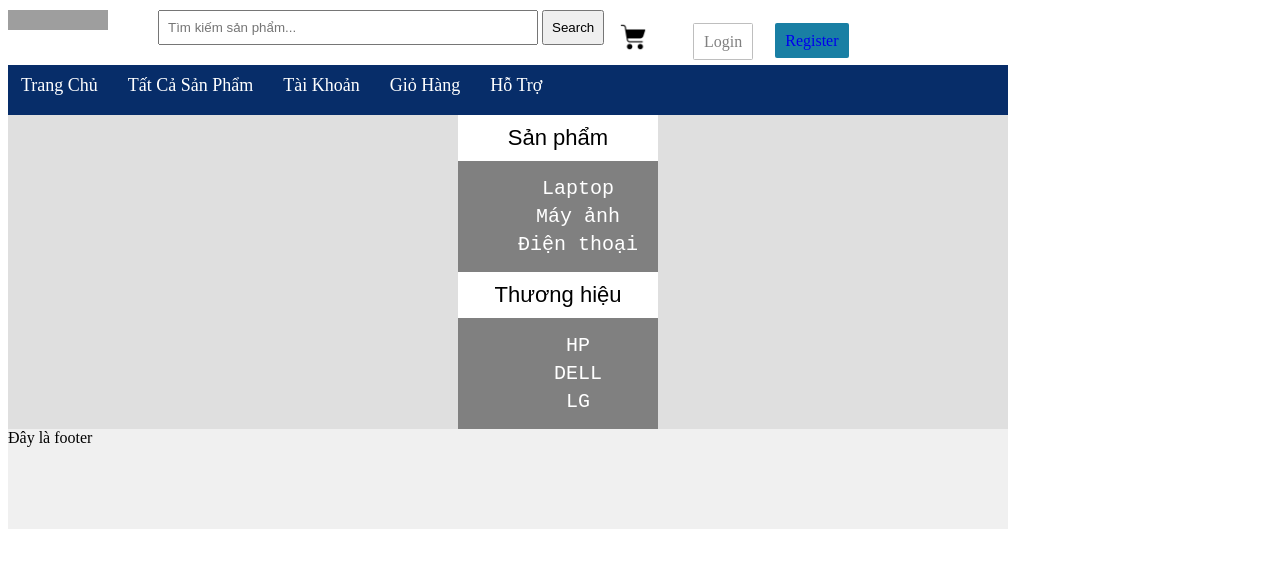
Repository: minhkhuyen1711/hpt
Page: http://localhost/website-ecommerce-php-master/index.php?action=login
The author's editor kept a copy of each file at every save. The page is drawn from the files as they stood at one save, then again after the next save.
The browser window is 1280 px wide. The pictures show the whole page.
Pictures or frames that could not be fetched are drawn as grey boxes. The page is run by PHP 8.4 with error messages shown; the project is at /var/www/html/.

Above is the page before, as saved 2021-06-11 17:55:54.

### index.php
<!DOCTYPE html>
<html lang="en" dir="ltr">
  <head>
    <meta charset="utf-8">
    <title>Online Shopping</title>
    <link rel="stylesheet" href="styles/style.css" media="all">
  </head>
  <body>
    <!-- Main container bắt đầu từ đây -->
    <div class="main_wrapper">
     <div class="header_wrapper">
      <div class="header_logo">
         <a href="index.php">
         <img id="logo" src="images/metrixcode100x30.png" width="100px" height="20px">
         </a>
      </div><!--/.header_logo-->
      <div id="form">
      <form method="get" action="results.php" enctype="multipart/form-data">
      <input type="text" name="user_query" placeholder="Tìm kiếm sản phẩm...">
      <input type="submit" name="search" value="Search">
      </form>
      </div>

      <div class="cart">
        <ul>
          <li class="dropdown_header_cart">
            <div id="notification_total_art" class="shopping_cart">
              <img src="images/cart_icon.png" id="cart_image">
            </div>
          </li>
        </ul>
      </div>

      <div class="register_login">
        <div class="login">
          <a href="index.php?action=login">Login</a></div>
          <div class="register"><a href="custommer_register.php">Register</a></div>
      </div>

    </div> <!--/.header_wrapper-->
    <div class="menu_bar">
      <ul id="menu">
        <li><a href="index.php">Trang Chủ</a></li>
        <li><a href="all_product.php">Tất Cả Sản Phẩm</a></li>
        <li><a href="customer/my account.php">Tài Khoản</a></li>
        <li><a href="cart.php">Giỏ Hàng</a></li>
        <li><a href="contact.php">Hỗ Trợ</a></li>
      </ul>
    </div>
      <div class="content_wrapper">
        <div id="sidebar">
          <div id="sidebar_title">Sản phẩm</div>
          <ul id="cats">
            <li><a href="index.php">Laptop</a></li>
            <li><a href="index.php">Máy ảnh</a></li>
            <li><a href="index.php">Điện thoại</a></li>
          </ul>
          <div id="sidebar_title">Thương hiệu</div>
          <ul id="cats">
            <li><a href="index.php">HP</a></li>
            <li><a href="index.php">DELL</a></li>
            <li><a href="index.php">LG</a></li>
          </ul>
        </div>
      </div><!--/.content_wrapper -->
      <div id="footer">
        Đây là footer
      </div>
    </div><!--/.main_wrapper-->
    <!--Kết thúc Main container tại đây-->
  </body>
</html>

### styles/style.css
/* http://meyerweb.com/eric/tools/css/reset/
   v2.0 | 20110126
   License: none (public domain)
*/

/* html, body, div, span, applet, object, iframe,
h1, h2, h3, h4, h5, h6, p, blockquote, pre,
a, abbr, acronym, address, big, cite, code,
del, dfn, em, img, ins, kbd, q, s, samp,
small, strike, strong, sub, sup, tt, var,
b, u, i, center,
dl, dt, dd, ol, ul, li,
fieldset, form, label, legend,
table, caption, tbody, tfoot, thead, tr, th, td,
article, aside, canvas, details, embed,
figure, figcaption, footer, header, hgroup,
menu, nav, output, ruby, section, summary,
time, mark, audio, video {
	margin: 0;
	padding: 0;
	border: 0;
	font-size: 100%;
	font: inherit;
	vertical-align: baseline;
} */

body{
margin-top: 10px;
}

.main_wrapper{
    width: 1000px;
    height: auto;
    margin: 0;
    background: #dfdfdf;
}

.header_wrapper{
    width: 100%;
    height: 55px;
    margin: auto;
    background: white;
}

.header_logo{
    float: left;
    width: 150px;
    padding-top: 10;
}

#form{
    float:left;
    width: 45%;
    margin-top: 10

}

#form input{
    padding: 8px;

}

#form input[type=text]{
    width: 80%;
}

.cart{
    float: left;
    margin: 5px 10px 0px 15px;
    cursor: pointer;
    height: 35px;
    padding-top: 7px;
    position: relative;
    top: 0px;
    right: 20px;
    width: 60px;
    text-align: center;
    z-index: 1000;
}

.cart img{
    width: 30px;
}

.cart ul{
    padding: 0;
    margin: 0;
    list-style: none;
    position: relative;
    width: auto;
    z-index: 1;
}

.register_login{
    float: left;
    width: 150px;
    margin: 10px 0px 0px 30px;
}

.register_login a {
    text-decoration: none;
}

.login{
    position: relative;
    top: 3px;
    float: left;
    right: 30px;
    height: 35px;
    line-height: 35px;
    padding: 0 10px 0 10px;
    margin: 0;
    color: gray;
    cursor: pointer;
    position: relative;
    display: inline;
    border: 0.1px solid rgba(183, 183, 183, 0.9);
    border-radius: 1.5px;
}

.login a {
    color: gray;
}

.register{
    position: relative;
    top: 3px;
    float: left;
    right: 15px;
    height: 35px;
    line-height: 35px;
    padding: 0px 10px 0px 10px;
    margin: 0px 0px 0px 7px;
    color: white;
    cursor: pointer;
    display: inline;
    background: rgba(0, 114, 155, 0.9);
    border: 0.01px;
    border-radius: 2px;
}

.menu_bar{
    width: 1000px;
    height: 50px;
    background: #072d69;
}

.menu_bar a{
    color: white;
}

#menu{
    padding: 0;
    margin: 0;
    line-height: 40px;
    float: left;
}

#menu li{
    list-style: none;
    display: inline;
}

#menu a{
    text-decoration: none;
    padding: 8px;
    margin: 5px;
    font-size: 18px;
}

#menu a:hover{
    color: #33FAFF;
}
.content_wrapper{
    width: 100px;
    margin: auto;
    background: orange;
}

#sidebar{
    width: 200px;
    background: gray;
    float: left;
    height: auto;
}

#sidebar_title{
    background: white;
    color: black;
    font-size: 22px;
    padding: 10px;
    font-family: Arial, Helvetica, sans-serif;
    text-align: center;
}

#cats{
    text-align: center;
}

#cats li{
    list-style: none;
    margin: 5px;
}

#cats a{
    color: white;
    padding: 8px;
    margin: 5px;
    text-align: center;
    font-size: 20px;
    text-decoration: none;
    font-family: 'Courier New', Courier, monospace;
}

#cats a:hover{
    color: #33FAFF;
}

#footer{
    width: 1000px;
    height: 100px;
    background: #f0f0f0;
    clear: both;

}

After the next save:
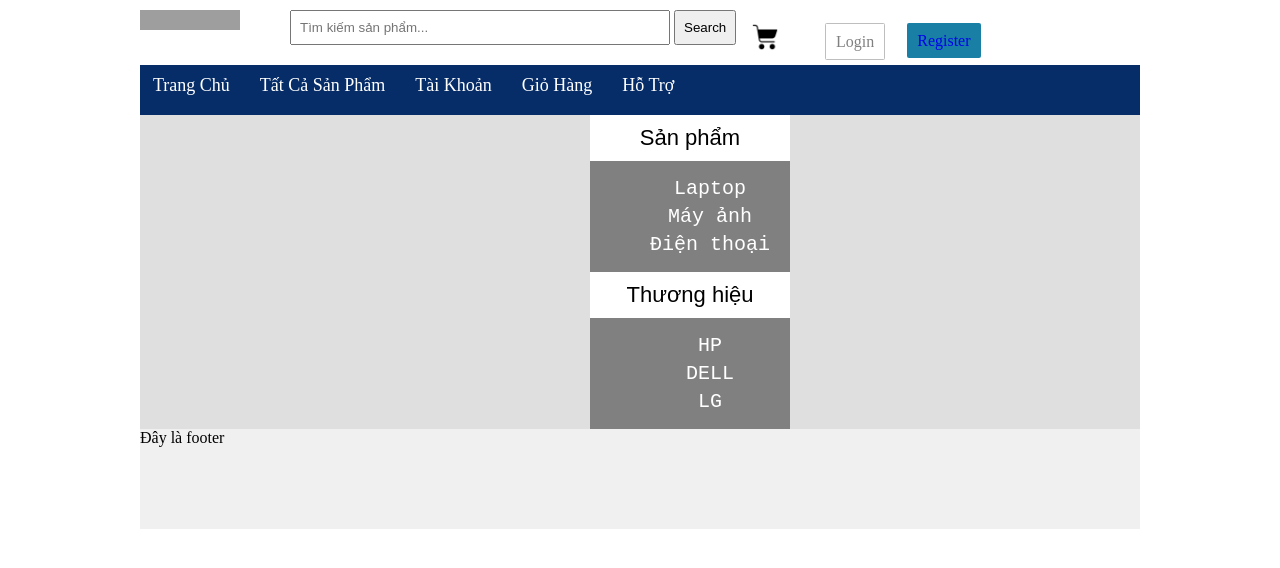
Saved 6 s later.
--- a/styles/style.css
+++ b/styles/style.css
@@ -31,7 +31,7 @@ margin-top: 10px;
 .main_wrapper{
     width: 1000px;
     height: auto;
-    margin: 0;
+    margin: auto;
     background: #dfdfdf;
 }
 
